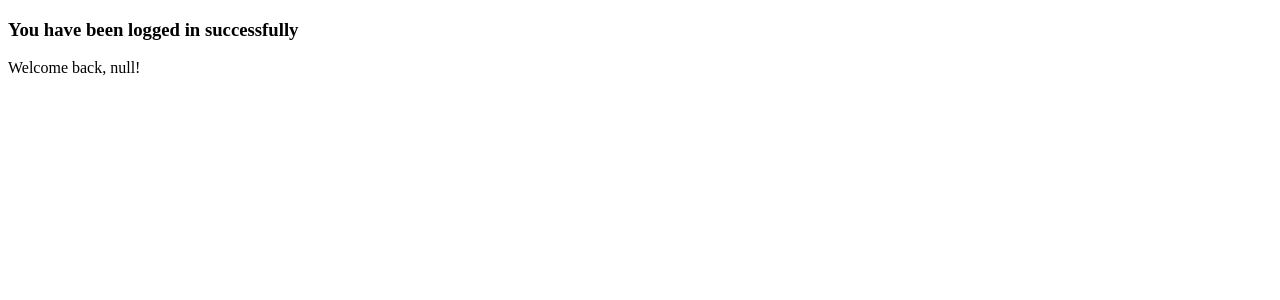
Repository: kjng/java-playground
Page: http://localhost/LoginServlet/success.jsp
An editor plug-in stored every save of this project. The page is shown before and after the next save, followed by the edit.
The browser window is 1280 px wide. The pictures show the whole page.
The page is served by Tomcat 9. Other server files are loaded and not shown.

Above is the page before, as saved 2017-08-10 17:55:46.

### youtube/java/LoginServlet/WebContent/success.jsp
<%@ page language="java" contentType="text/html; charset=ISO-8859-1"
    pageEncoding="ISO-8859-1"%>
<!DOCTYPE html PUBLIC "-//W3C//DTD HTML 4.01 Transitional//EN" "http://www.w3.org/TR/html4/loose.dtd">
<html>
<head>
<meta http-equiv="Content-Type" content="text/html; charset=ISO-8859-1">
<title>Successful</title>
</head>
<body>
	<h3>You have been logged in successfully</h3>

	<jsp:useBean id="user" class="org.kevinjang.LoginServlet.dto.User" scope="request"></jsp:useBean>

	Welcome back, <jsp:getProperty property="fullName" name="user"/>!
</body>
</html>

### youtube/java/LoginServlet/src/org/kevinjang/LoginServlet/dto/User.java
package org.kevinjang.LoginServlet.dto;

public class User {

	private String username;
	private String fullName;

	public String getUsername() {
		return username;
	}
	public void setUsername(String username) {
		this.username = username;
	}
	public String getFullName() {
		return fullName;
	}
	public void setFullName(String fullName) {
		this.fullName = fullName;
	}

}

After the next save:
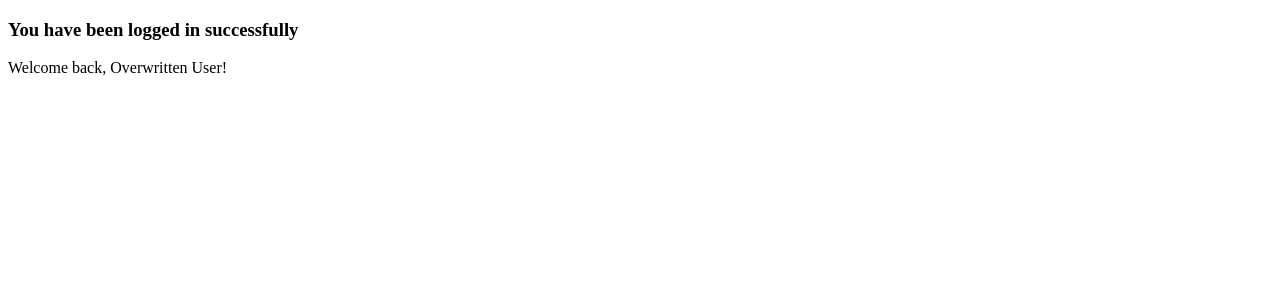
Saved 2 min 44 s later.
--- a/youtube/java/LoginServlet/WebContent/success.jsp
+++ b/youtube/java/LoginServlet/WebContent/success.jsp
@@ -9,7 +9,9 @@
 <body>
 	<h3>You have been logged in successfully</h3>
 
-	<jsp:useBean id="user" class="org.kevinjang.LoginServlet.dto.User" scope="request"></jsp:useBean>
+	<jsp:useBean id="user" class="org.kevinjang.LoginServlet.dto.User" scope="request">
+		<jsp:setProperty property="fullName" name="user" value="Overwritten User"></jsp:setProperty>
+	</jsp:useBean>
 
 	Welcome back, <jsp:getProperty property="fullName" name="user"/>!
 </body>
